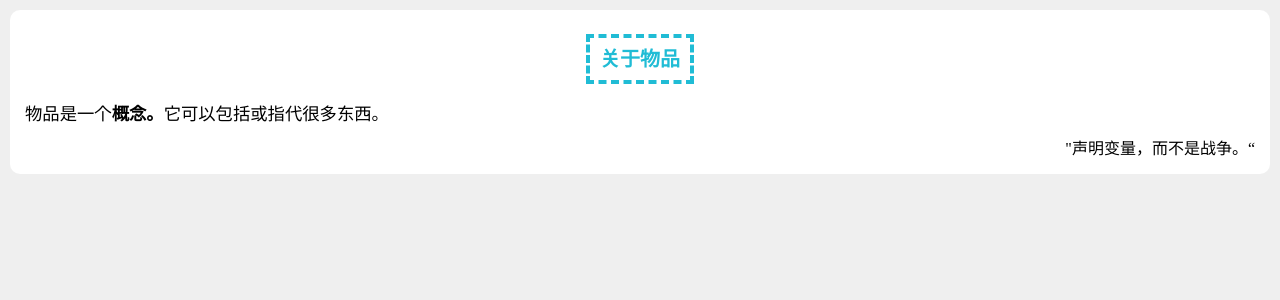
Repository: Yeyuehuke/Webstudy-Feidian
Page: 01-HTMLlearning/02-HTMLBasics/10-BlogProkectMySkills.html
These files come from the project's save history. The page is drawn as it stood at one moment and after a run of saves; the edit follows.
The browser window is 1280 px wide. The pictures show the whole page.

Above is the page before, as saved 2020-05-17 12:11:16.

### 01-HTMLlearning/02-HTMLBasics/10-BlogProkectMySkills.html
<!DOCTYPE html>
    <head>
        <title>我的网页</title>
        <link href="04-BlogProjectAboutMe.css" rel="stylesheet"
    </head>
    <body>
        <div class="section">
            <h1><span>关于物品</span></h1>
            <p>
                物品是一个<strong>概念。</strong>它可以包括或指代很多东西。
            </p>
            <p class="quote">"声明变量，而不是战争。“</p>
        </div>
    </body>
</html>

### 01-HTMLlearning/02-HTMLBasics/04-BlogProjectAboutMe.css
html {
    margin: 0;
    padding: 0;
}
body {
    font-family: 'Handlee', cursive;
    font-size: 13pt;
    background-color: #efefef;
    padding: 10px;
    margin: 0;
}
h1 {
    font-size: 15pt;
    color: #20bcd5;
    text-align: center;
    padding: 18px 0 18px 0;
    margin: 0 0 10px 0;
}
h1 span {
    border: 4px dashed #20bcd5;
    padding: 10px;
}
p {
    padding: 0;
    margin: 0;
}
.img-circle {
    border: 3px solid white;
    border-radius: 50%;
}
.section {
    background-color: #fff;
    padding: 15px;
    margin-bottom: 10px;
    border-radius: 10px;
}
#header {
    background-image: url("https://www.sololearn.com/Uploads/header.jpg");
    background-size: cover;
}
#header img {
    display: block;
    width: 80px;
    height: 80px;
    margin: auto;
}
#header p {
    font-size: 25pt;
    color: #3b464c;
    padding-top: 5px;
    margin: 0;
    font-weight: bold;
    text-align: center;
}
.quote {
    font-size: 12pt;
    text-align: right;
    margin-top: 10px;
}
table {
    width: 100%;
}
table, th, td {
    border: 2px solid #cecece;
    border-collapse: collapse;
    text-align: center;
    table-layout: fixed;
}
.selected {
    background-color: #f36f48;
    font-weight: bold;
    color: white;
}
li {
    margin-bottom: 15px;
    font-weight: bold;
}
progress {
    width: 70%;
    height: 20px;
    color: #3fb6b2;
    background: #efefef;
}
progress::-webkit-progress-bar {
    background: #efefef;
}
progress::-webkit-progress-value {
    background: #3fb6b2;
}
progress::-moz-progress-bar {
    color: #3fb6b2;
    background: #efefef;
}
iframe, audio {
    display: block;
    margin: 0 auto;
    border: 3px solid #3fb6b2;
}
hr {
    border: 0;
    height: 1px;
    background: #f36f48;
}
form {
    text-align: center;
    margin-top: 0;
}
.submit {
    background-color: #3fb6b2;
    padding: 12px 45px;
    border-radius: 5px;
    cursor: pointer;
    color: #ffffff;
    border: none;
    outline: none;
    margin: 0;
    font-weight: bold;
}
.submit:hover {
    background-color: #43a09d;
}
textarea {
    height: 100px;
}
input, textarea {
    margin-bottom: 10px;
    font-size: 11pt;
    padding: 15px 10px 10px;
    border: 1px solid #cecece;
    background-color: #efefef;
    color: #787575;
    border-radius: 5px;
    width: 70%;
    outline: none;
}
.face {
    transform: scale(0.4);
    margin: 0 auto;
    display: block;
    margin-top: -35px;
    margin-bottom: -25px;
}
#contacts img {
    height: 50px;
    width: 50px;
    margin-left: 7px;
    margin-right: 7px;
}
#contacts a {
    text-decoration: none;
}
#contacts img:hover {
    opacity: 0.8;
}
#contacts {
    text-align: center;
}
.copyright {
    font-size: 8pt;
    text-align: right;
    padding-bottom: 10px;
    color: grey;
}

After the next 2 saves:
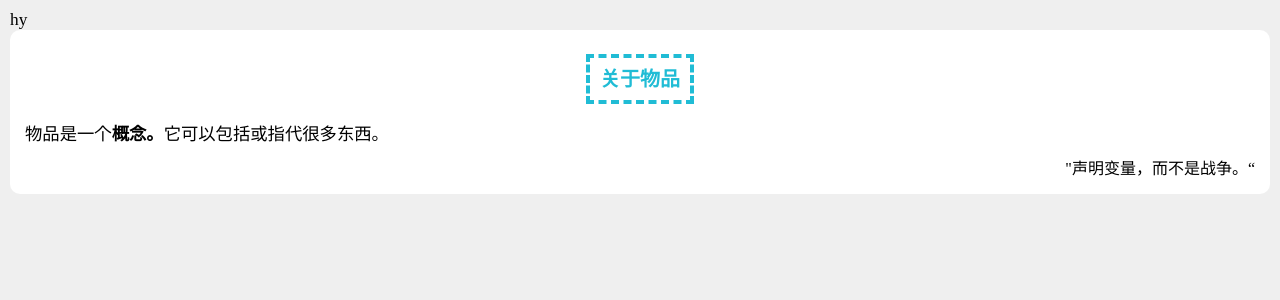
The 2 saves are shown as one change because they came seconds apart.
The last was saved 7 s later.
--- a/01-HTMLlearning/02-HTMLBasics/10-BlogProkectMySkills.html
+++ b/01-HTMLlearning/02-HTMLBasics/10-BlogProkectMySkills.html
@@ -1,4 +1,4 @@
-<!DOCTYPE html>
+hy<!DOCTYPE html>
     <head>
         <title>我的网页</title>
         <link href="04-BlogProjectAboutMe.css" rel="stylesheet"
